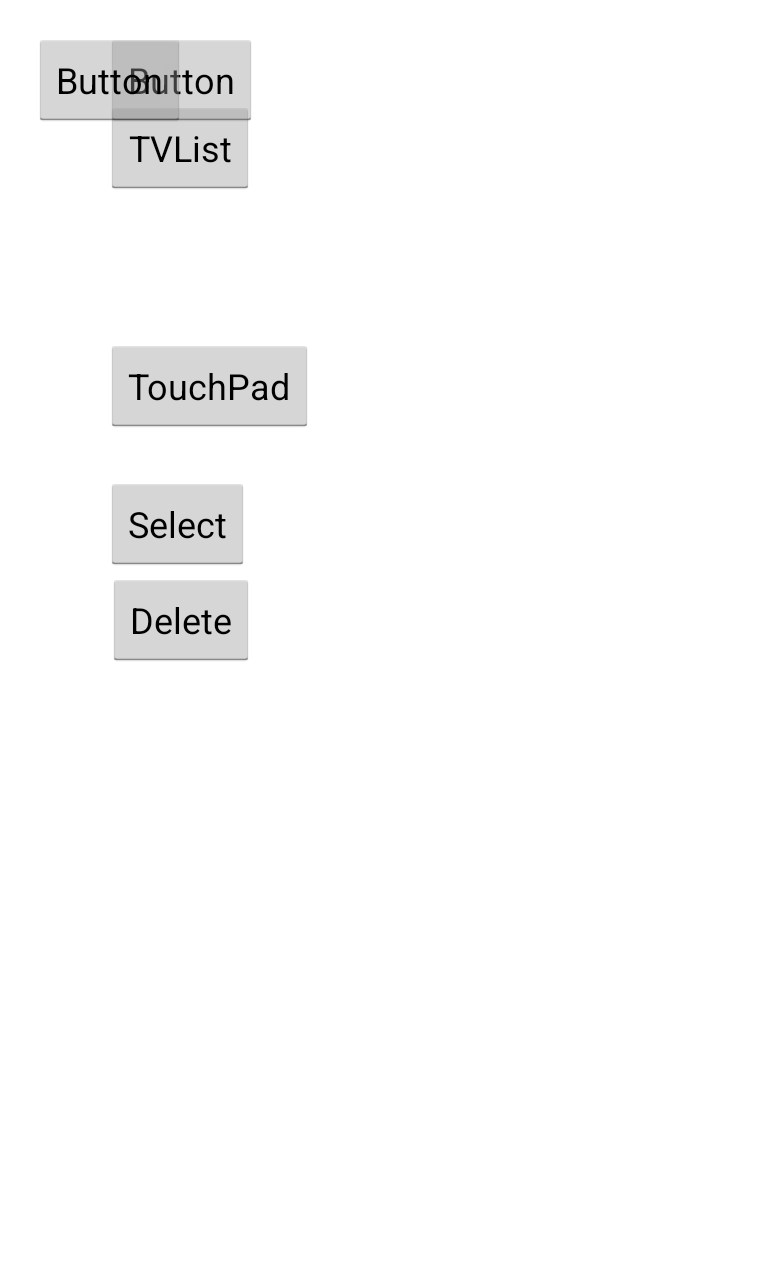
Repository: corestick/Beemote-Controler
Layout: Beemote-Controller/res/layout/activity_beemote.xml
These files come from the project's save history. The layout is drawn as it stood at one moment and after the next save; the edit follows.
It is drawn on a 768 x 1280 px phone screen (xhdpi) without system bars, with theme AppTheme; the app's code is not run.

Above is the layout before, as saved 2013-09-04 05:21:53.

### Beemote-Controller/res/layout/activity_beemote.xml
<RelativeLayout xmlns:android="http://schemas.android.com/apk/res/android"
    xmlns:tools="http://schemas.android.com/tools"
    android:layout_width="match_parent"
    android:layout_height="match_parent"
    android:paddingBottom="@dimen/activity_vertical_margin"
    android:paddingLeft="@dimen/activity_horizontal_margin"
    android:paddingRight="@dimen/activity_horizontal_margin"
    android:paddingTop="@dimen/activity_vertical_margin"
    tools:context=".Beemote" >

    <Button
        android:id="@+id/btnTVList"
        android:layout_width="wrap_content"
        android:layout_height="wrap_content"
        android:layout_alignParentLeft="true"
        android:layout_alignParentTop="true"
        android:layout_marginLeft="36dp"
        android:layout_marginTop="34dp"
        android:text="TVList" />

    <Button
        android:id="@+id/btnTouchPad"
        android:layout_width="wrap_content"
        android:layout_height="wrap_content"
        android:layout_alignLeft="@+id/btnTVList"
        android:layout_below="@+id/btnTVList"
        android:layout_marginTop="71dp"
        android:text="TouchPad" />

    <Button
        android:id="@+id/btnSelect"
        android:layout_width="wrap_content"
        android:layout_height="wrap_content"
        android:layout_alignLeft="@+id/btnTouchPad"
        android:layout_below="@+id/btnTouchPad"
        android:layout_marginTop="21dp"
        android:text="Select" />

    <Button
        android:id="@+id/btnDelete"
        android:layout_width="wrap_content"
        android:layout_height="wrap_content"
        android:layout_alignRight="@+id/btnTVList"
        android:layout_below="@+id/btnSelect"
        android:text="Delete" />

    <Button
        android:id="@+id/btnUpdate"
        android:layout_width="wrap_content"
        android:layout_height="wrap_content"
        android:layout_alignLeft="@+id/btnSelect"
        android:layout_below="@+id/button1"
        android:text="Button" />

    <Button
        android:id="@+id/button3"
        android:layout_width="wrap_content"
        android:layout_height="wrap_content"
        android:layout_alignLeft="@+id/button2"
        android:layout_below="@+id/button2"
        android:text="Button" />

</RelativeLayout>

Loaded but not shown: Beemote-Controller/res/values/styles.xml (common file); Beemote-Controller/res/values-v11/styles.xml (common file); Beemote-Controller/res/values-v14/styles.xml (common file); Beemote-Controller/res/values/dimens.xml (common file)

After the next save:
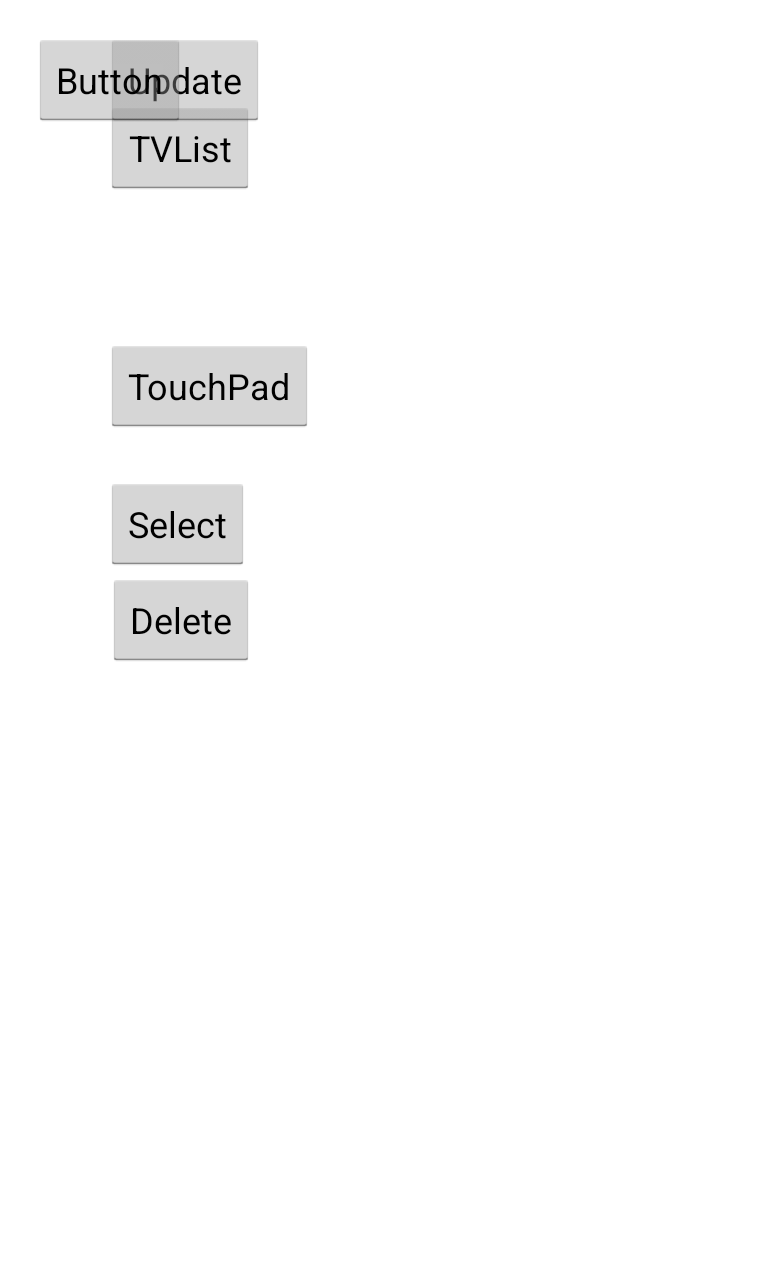
Saved 4 s later.
--- a/Beemote-Controller/res/layout/activity_beemote.xml
+++ b/Beemote-Controller/res/layout/activity_beemote.xml
@@ -50,7 +50,7 @@
         android:layout_height="wrap_content"
         android:layout_alignLeft="@+id/btnSelect"
         android:layout_below="@+id/button1"
-        android:text="Button" />
+        android:text="Update" />
 
     <Button
         android:id="@+id/button3"
